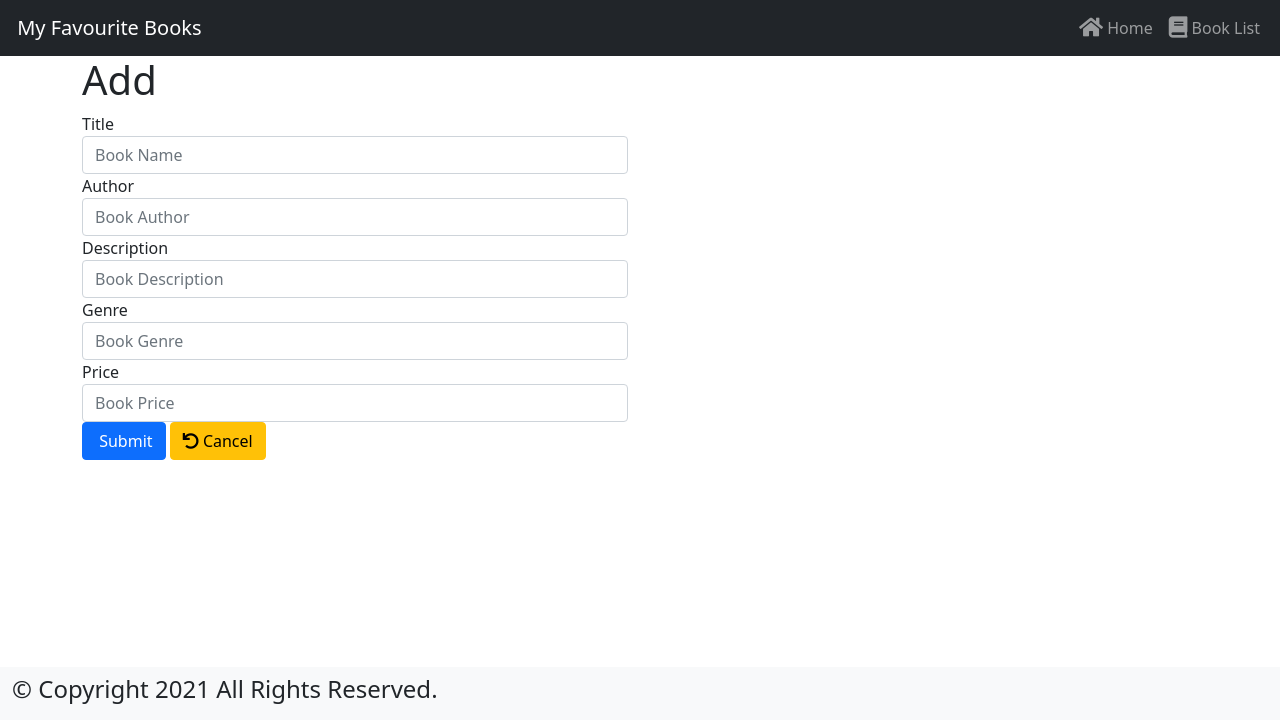
Repository: wenxi0504/COMP229-M2021-MidTerm-301098127
Page: http://localhost/books/add
The author's editor kept a copy of each file at every save. The page is drawn from the files as they stood at one save, then again after the next save.
The browser window is 1280 px wide. The pictures show the whole page.
The page is served by the project's Node server (server.js). Other server files are loaded and not shown.

Above is the page before, as saved 2021-06-22 22:36:12.

### Server/Views/books/details.ejs
<%- include('../partials/header.ejs'); %>

    <!-- MAIN CONTENT -->
    <div class="container">
      <div class="row">
        <div class="col-md-offset-3 col-md-6">
          <h1><%= title %></h1>
            <form class="form" method="post">
              <div class="form-group">
                <label for="NameTextField">Title</label>
                <input type="text" class="form-control" id="NameTextField"
                placeholder="Book Name" name="title" value="<%= books.Title %>" required>
              </div>

               <div class="form-group">
                <label for="AuthorTextField">Author</label>
                <input type="text" class="form-control" id="AuthorTextField"
                placeholder="Book Author" name="author" value="<%= books.Author %>"  required>
              </div>

               <div class="form-group">
                <label for="DescriptionTextField">Description</label>
                <input type="text" class="form-control" id="DescriptionTextField"
                placeholder="Book Description" name="description" value="<%= books.Description %>"  required>
              </div>

               <div class="form-group">
                <label for="GenreTextField">Genre</label>
                <input type="text" class="form-control" id="GenreTextField"
                placeholder="Book Genre" name="genre" value="<%= books.Genre %>"  required>
              </div>

              <div class="form-group">
                <label for="PriceTextField">Price</label>
                <input type="text" class="form-control" id="PriceTextField"
                placeholder="Book Price" name="price" value="<%= books.Price %>"  required>
              </div>




              <button type="submit" class="btn btn-primary"><i class="fa fa-check-square-o"></i> Submit</button>
              <a href="/books" class="btn btn-warning"><i class="fa fa-undo"></i> Cancel</a>
            </form>
        </div>
      </div>
    </div>

<%- include('../partials/footer.ejs'); %>

### Server/Views/partials/header.ejs
<!DOCTYPE html>
<html lang="en">
  <head>
    <meta charset="utf-8">
    <meta name="viewport" content="width=device-width, initial-scale=1">
    <title><%= title %></title>
    <!-- CSS SECTION -->
     <link rel="stylesheet" href="/bootstrap/dist/css/bootstrap.min.css">
     <link rel="stylesheet" href="/@fortawesome/fontawesome-free/css/all.min.css">
     <link rel="stylesheet" href="/Content/app.css">
  </head>
  <body>

  <nav class="navbar navbar-expand-lg navbar-dark bg-dark">
    <div class="container-fluid">
      <a class="navbar-brand" href="/"><i class="fa fa-bookmark-o"></i> My Favourite Books</a>
      <button class="navbar-toggler" type="button" data-bs-toggle="collapse" data-bs-target="#navbarSupportedContent" aria-controls="navbarSupportedContent" aria-expanded="false" aria-label="Toggle navigation">
        <span class="navbar-toggler-icon"></span>
      </button>
      <div class="collapse navbar-collapse" id="navbarSupportedContent">
        <ul class="navbar-nav ms-auto mb-2 mb-lg-0">
          <li class="nav-item">
            <% if(page=='home') { %>
              <a class="nav-link active" href="/"><i class="fas fa-home fa-lg"></i> Home</a>
            <% } else { %>
              <a class="nav-link" href="/"><i class="fas fa-home fa-lg"></i> Home</a>
            <% } %>
          </li>

          <li class="nav-item">
          <% if(page=='books') { %>
            <a class="nav-link active" href="/books"><i class="fas fa-book fa-lg"></i> Book List</a>
          <% } else { %>
            <a class="nav-link" href="/books"><i class="fas fa-book fa-lg"></i> Book List</a>
          <% } %>
          </li>

        </ul>
      </div>
    </div>
  </nav>

### Server/Views/partials/footer.ejs
<nav class="navbar fixed-bottom navbar-light bg-light">
    <div class="container-fluid">
      <h4>&copy; Copyright 2021 All Rights Reserved.</h4>
    </div>
  </nav>



<!-- JAVASCRIPT SECTION -->
    <script src="/jquery/dist/jquery.min.js"></script>
    <script src="/bootstrap/dist/js/bootstrap.min.js"></script>
    <script src="/Scripts/app.js"></script>
  </body>
</html>

### server.js
"use strict";
var __importDefault = (this && this.__importDefault) || function (mod) {
    return (mod && mod.__esModule) ? mod : { "default": mod };
};
Object.defineProperty(exports, "__esModule", { value: true });
const app_1 = __importDefault(require("./Server/Config/app"));
const debug_1 = __importDefault(require("debug"));
debug_1.default('comp308-m2021-midterm:server');
const http_1 = __importDefault(require("http"));
let port = normalizePort(process.env.PORT || '3000');
app_1.default.set('port', port);
let server = http_1.default.createServer(app_1.default);
server.listen(port);
server.on('error', onError);
server.on('listening', onListening);
function normalizePort(val) {
    let port = parseInt(val, 10);
    if (isNaN(port)) {
        return val;
    }
    if (port >= 0) {
        return port;
    }
    return false;
}
function onError(error) {
    if (error.syscall !== 'listen') {
        throw error;
    }
    let bind = typeof port === 'string'
        ? 'Pipe ' + port
        : 'Port ' + port;
    switch (error.code) {
        case 'EACCES':
            console.error(bind + ' requires elevated privileges');
            process.exit(1);
            break;
        case 'EADDRINUSE':
            console.error(bind + ' is already in use');
            process.exit(1);
            break;
        default:
            throw error;
    }
}
function onListening() {
    let addr = server.address();
    let bind = typeof addr === 'string'
        ? 'pipe ' + addr
        : 'port ' + addr.port;
    debug_1.default('Listening on ' + bind);
}
//# sourceMappingURL=server.js.map

### Server/Routes/books.js
"use strict";
var __importDefault = (this && this.__importDefault) || function (mod) {
    return (mod && mod.__esModule) ? mod : { "default": mod };
};
Object.defineProperty(exports, "__esModule", { value: true });
const express_1 = __importDefault(require("express"));
const router = express_1.default.Router();
exports.default = router;
const books_1 = __importDefault(require("../Models/books"));
router.get('/', (req, res, next) => {
    books_1.default.find((err, books) => {
        if (err) {
            return console.error(err);
        }
        else {
            res.render('books/index', {
                title: 'Books',
                page: 'books',
                books: books
            });
        }
    });
});
router.get('/add', (req, res, next) => {
    res.render('books/details', { title: 'Add', page: 'details', books: '' });
});
router.post('/add', (req, res, next) => {
    let newBook = new books_1.default({
        "Title": req.body.Title,
        "Author": req.body.Author,
        "Description": req.body.Description,
        "Genre": req.body.Genre,
        "Price": req.body.Price
    });
    books_1.default.create(newBook, (err, books) => {
        if (err) {
            console.error(err);
            res.end(err);
        }
        res.redirect('/books');
    });
});
router.get('/:id', (req, res, next) => {
    let id = req.params.id;
    books_1.default.findById(id, {}, {}, (err, bookItemToEdit) => {
        if (err) {
            console.error(err);
            res.end(err);
        }
        res.render('books/details', { title: 'Edit', page: 'details', books: bookItemToEdit });
    });
});
router.post('/:id', (req, res, next) => {
    let id = req.params.id;
    let updatedBookItem = new books_1.default({
        "_id": id,
        "Title": req.body.Title,
        "Author": req.body.Author,
        "Description": req.body.Description,
        "Genre": req.body.Genre,
        "Price": req.body.Price
    });
    books_1.default.updateOne({ _id: id }, updatedBookItem, {}, (err) => {
        if (err) {
            console.error(err);
            res.end(err);
        }
        res.redirect('/books');
    });
});
router.get('/delete/:id', (req, res, next) => {
    let id = req.params.id;
    books_1.default.remove({ _id: id }, (err) => {
        if (err) {
            console.error(err);
            res.end(err);
        }
        res.redirect('/books');
    });
});
//# sourceMappingURL=books.js.map

### Client/Content/app.css
/* Custom CSS goes here */
body {
  padding-bottom: 70px;
}

.input-group-addon:first-child
{
    border-right: 0;
}

.input-group-addon
{
    padding: 6px 12px;
    font-size: 14px;
    font-weight: 400;
    line-height: 1;
    text-align: center;
    border: 1px solid darkgrey;
    border-radius: 4px;
}

.input-group-addon .fa
{
    font-size: 18px;
}

.input-group .form-control
{
    position:relative;
    z-index: 2;
    float:left;
    margin-bottom: 0;
}

.input-group .form-control:last-child
{
    border-top-left-radius: 0;
    border-bottom-left-radius: 0;
}



.login
{
    padding: 2rem 1rem;
    margin-bottom: 2rem;
    background-color: lightgrey;
    border-radius: .3rem;
}

.login input
{
    background-color: white;
    border-color: darkgrey;
    border-radius: .4em;
    width: 100%;
}

.edit-task
{
    position: relative;
    top: -31px;
    display: none;
}

### Client/Scripts/app.js
"use strict";
(function () {
    function confirmDelete() {
        $("a.delete").on("click", function (event) {
            if (!confirm("Are you sure?")) {
                event.preventDefault();
                location.href = '/books';
            }
        });
    }
    function Start() {
        console.log("App Started");
        confirmDelete();
    }
    window.addEventListener("load", Start);
})();
//# sourceMappingURL=app.js.map

After the next save:
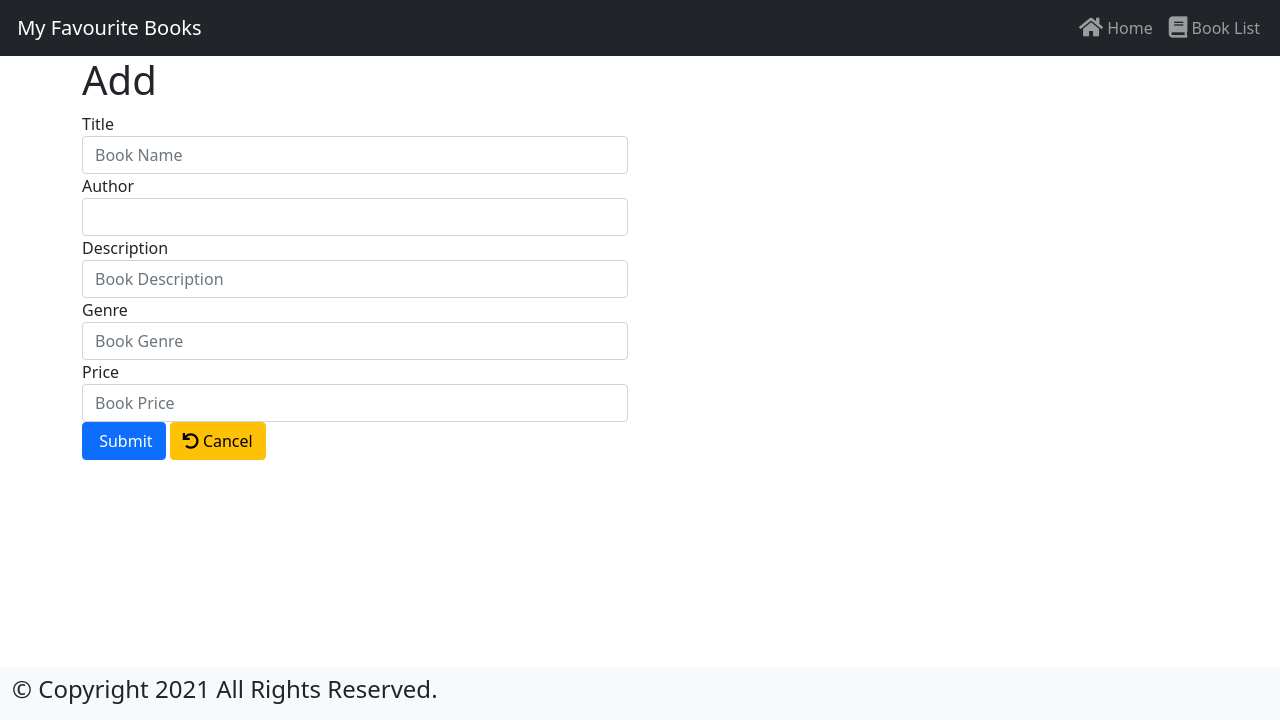
Saved 36 min 33 s later.
--- a/Server/Views/books/details.ejs
+++ b/Server/Views/books/details.ejs
@@ -15,7 +15,7 @@
                <div class="form-group">
                 <label for="AuthorTextField">Author</label>
                 <input type="text" class="form-control" id="AuthorTextField"
-                placeholder="Book Author" name="author" value="<%= books.Author %>"  required>
+                placeholder="Book Author" name="author" value ="<%= books.Author %> " required>
               </div>
 
                <div class="form-group">

After the 3 saves that followed:
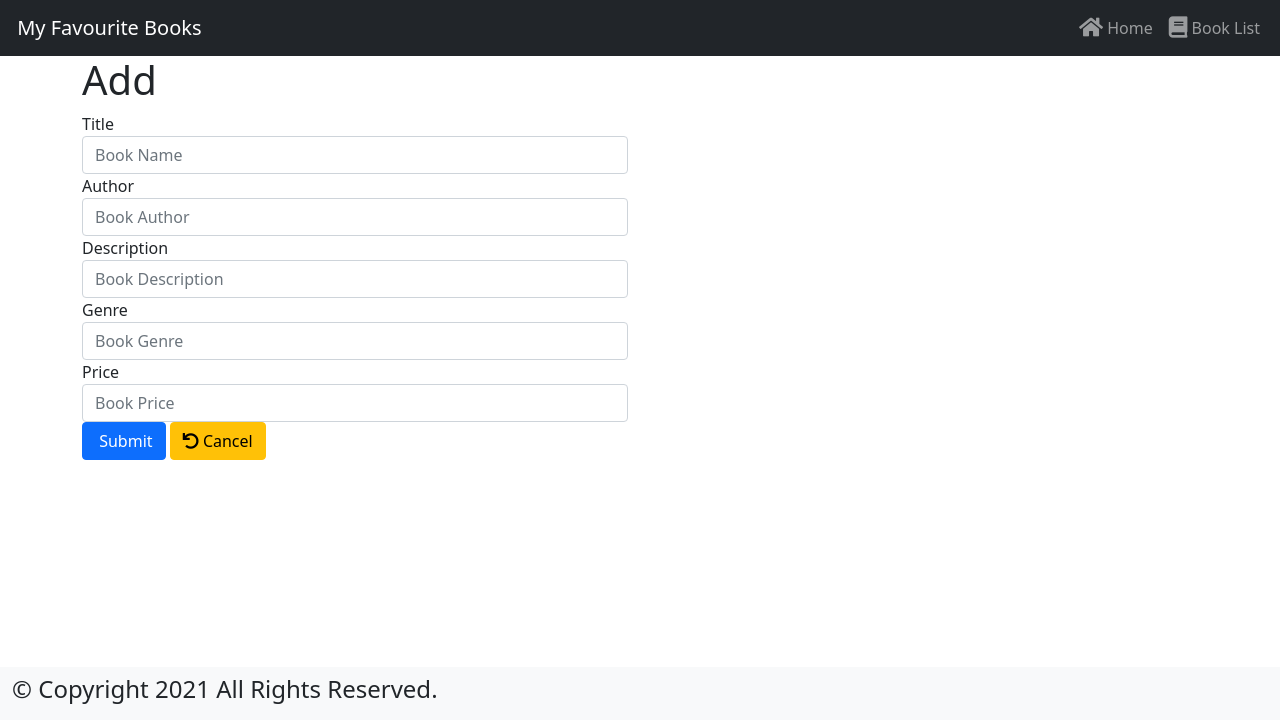
The 3 saves are shown as one change because 2 left the picture as it was.
The last was saved 2 min 52 s later.
--- a/Server/Views/books/details.ejs
+++ b/Server/Views/books/details.ejs
@@ -15,13 +15,13 @@
                <div class="form-group">
                 <label for="AuthorTextField">Author</label>
                 <input type="text" class="form-control" id="AuthorTextField"
-                placeholder="Book Author" name="author" value ="<%= books.Author %> " required>
+                placeholder="Book Author" name="author" value ="<%= books.Author %>" required>
               </div>
 
                <div class="form-group">
                 <label for="DescriptionTextField">Description</label>
                 <input type="text" class="form-control" id="DescriptionTextField"
-                placeholder="Book Description" name="description" value="<%= books.Description %>"  required>
+                placeholder="Book Description" name="description" value ="<%= books.Description %>" required>
               </div>
 
                <div class="form-group">
@@ -33,7 +33,7 @@
               <div class="form-group">
                 <label for="PriceTextField">Price</label>
                 <input type="text" class="form-control" id="PriceTextField"
-                placeholder="Book Price" name="price" value="<%= books.Price %>"  required>
+                placeholder="Book Price" name="price" value="<%= books.Price %>" required>
               </div>
 
 
